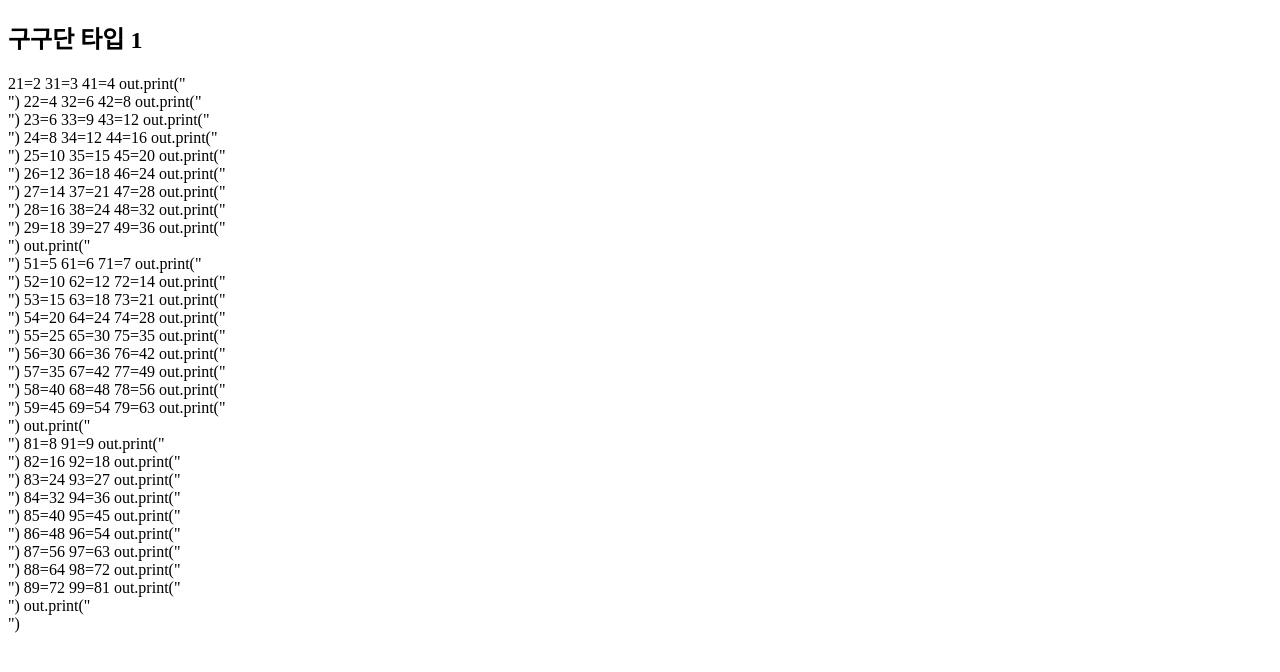
Repository: Byeonghee-son/DB-Servlet
Page: http://localhost/ServletStudy/gugudan2.jsp
The author's editor kept a copy of each file at every save. The page is drawn from the files as they stood at one save, then again after the next save.
The browser window is 1280 px wide. The pictures show the whole page.
The page is served by Tomcat 9. Other server files are loaded and not shown.

Above is the page before, as saved 2023-05-17 01:47:26.

### ServletStudy/src/main/webapp/gugudan2.jsp
<%@ page language="java" contentType="text/html; charset=UTF-8"
	pageEncoding="UTF-8"%>
<%
    String type = request.getParameter("type");
    String scol = request.getParameter("col");

    if(type == null) type = "list";
    else{
    	if(!type.equals("table")) type = "list";
    }

    int col = 3;
    if(scol != null) col = Integer.parseInt(scol);
%>
<!DOCTYPE html>
<html>
<head>
<meta charset="UTF-8">
<title>Gugudan Type2 (JSP)</title>
</head>
<body>
	<h2>구구단 타입 1</h2>
	<% for(int i = 2; i < 10; i+=col){ %>
		<%for(int k = 1; k < 10; k++) {%>
			<% for(int j = 0; j < col; j++){ %>
				<%if(9 < i + j) break; %>
					<% out.print(String.format("%d%d=%d" , i+j, k, (i+j)*k));%>
			<% } %>
				out.print("<br>")
		<%} %>
			out.print("<br>")
	<%} %>

</body>
</html>

After the next save:
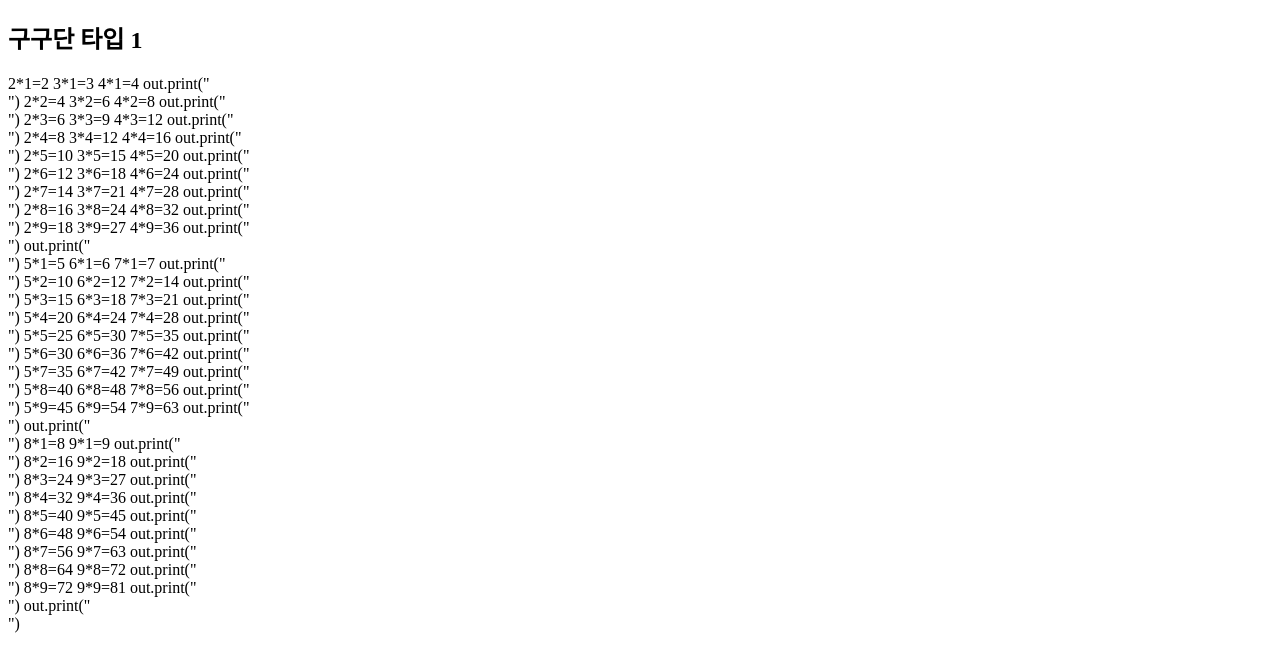
Saved 12 s later.
--- a/ServletStudy/src/main/webapp/gugudan2.jsp
+++ b/ServletStudy/src/main/webapp/gugudan2.jsp
@@ -24,7 +24,7 @@
 		<%for(int k = 1; k < 10; k++) {%>
 			<% for(int j = 0; j < col; j++){ %>
 				<%if(9 < i + j) break; %>
-					<% out.print(String.format("%d%d=%d" , i+j, k, (i+j)*k));%>
+					<% out.print(String.format("%d*%d=%d" , i+j, k, (i+j)*k));%>
 			<% } %>
 				out.print("<br>")
 		<%} %>
